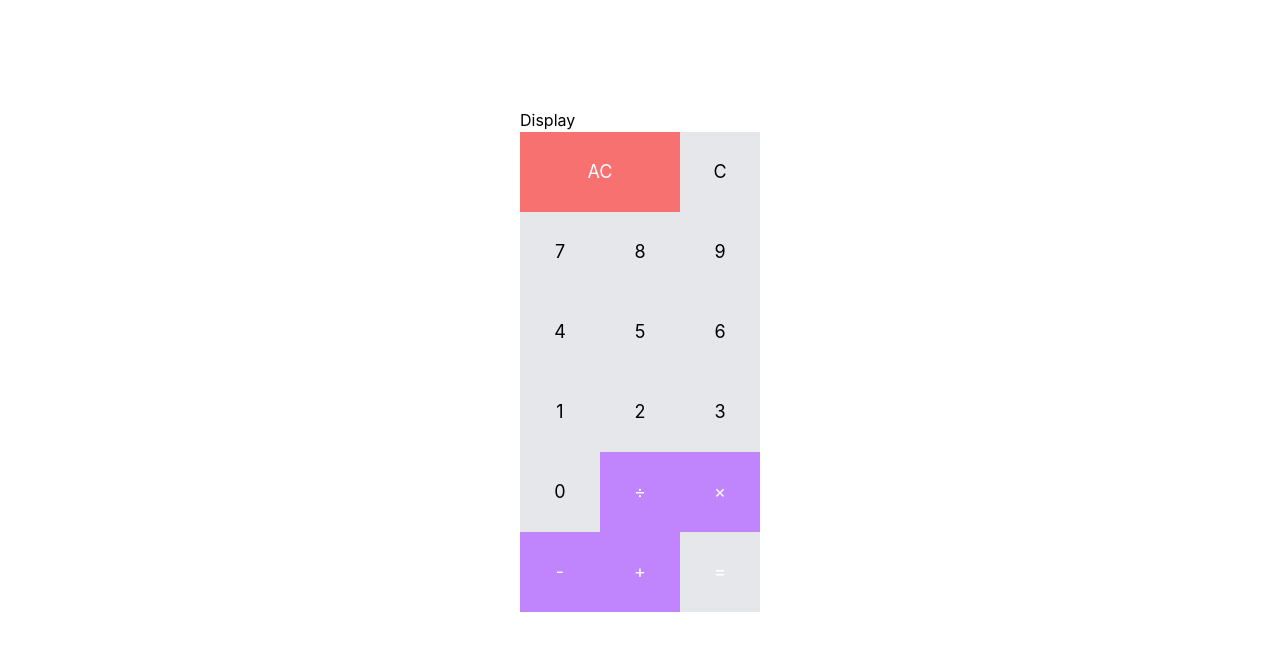
Repository: BrianPhamDev/calculator_app
Page: /
The author's editor kept a copy of each file at every save. The page is drawn from the files as they stood at one save, then again after the next save.
The browser window is 1280 px wide. The pictures show the whole page.
The project was rebuilt for these pictures with package versions that can differ from the ones it lists, and the page was loaded fresh each time. Also part of the build but not shown: vite.config.js.

Above is the page before, as saved 2024-01-09 14:30:23.

### src/App.jsx
import Calculator from "./components/Calculator";

function App() {
  return (
    <>
      <div className="flex items-center justify-center w-screen h-screen">
        <Calculator></Calculator>
      </div>
    </>
  );
}

export default App;

### src/components/Calculator.jsx
import { calculatorButtons } from "../globals/calculator-button-data";

const Calculator = () => {
  const specialTypes = {
    operator: "bg-purple-400 text-white",
    enter: "bg-blue-400 text-white",
  };
  const specialClasses = {
    ac: "col-span-2 w-40 bg-red-400 text-white",
  };
  return (
    <div className="">
      <h1>Display</h1>
      <div className="grid grid-cols-3">
        {calculatorButtons.map((button) => {
          return (
            <div
              key={button.className}
              className={`bg-gray-200 flex items-center justify-center w-20 h-20 hover:bg-slate-300 text-lg ${
                specialClasses[button.className] || ""
              }
              ${specialTypes[button.type] || ""}`}
            >
              {button.text}
            </div>
          );
        })}
      </div>
    </div>
  );
};

export default Calculator;

### src/globals/calculator-button-data.js
export const calculatorButtons = [
  {
    type: "clear",
    className: "ac",
    text: "AC",
    value: "All Clear",
  },
  {
    type: "clear",
    className: "c",
    text: "C",
    value: "Clear",
  },
  {
    type: "number",
    className: "seven",
    text: 7,
    value: 7,
  },
  {
    type: "number",
    className: "eight",
    text: 8,
    value: 8,
  },
  {
    type: "number",
    className: "nine",
    text: 9,
    value: 9,
  },

  {
    type: "number",
    className: "four",
    text: 4,
    value: 4,
  },
  {
    type: "number",
    className: "five",
    text: 5,
    value: 5,
  },
  {
    type: "number",
    className: "six",
    text: 6,
    value: 6,
  },

  {
    type: "number",
    className: "one",
    text: 1,
    value: 1,
  },
  {
    type: "number",
    className: "two",
    text: 2,
    value: 2,
  },
  {
    type: "number",
    className: "three",
    text: 3,
    value: 3,
  },
  {
    type: "number",
    className: "zero",
    text: 0,
    value: 0,
  },
  {
    type: "operator",
    className: "divide",
    text: "\u00f7",
    value: "Divide",
  },
  {
    type: "operator",
    className: "multiply",
    text: "\u00d7",
    value: "Multiply",
  },
  {
    type: "operator",
    className: "subtract",
    text: "-",
    value: "Subtract",
  },

  {
    type: "operator",
    className: "add",
    text: "+",
    value: "Add",
  },
  {
    type: "enter",
    className: "equal",
    text: "=",
    value: "Equal",
  },
];

Loaded but not shown: index.html (common file); src/main.jsx (common file); src/index.css (common file); tailwind.config.js (common file)

After the next save:
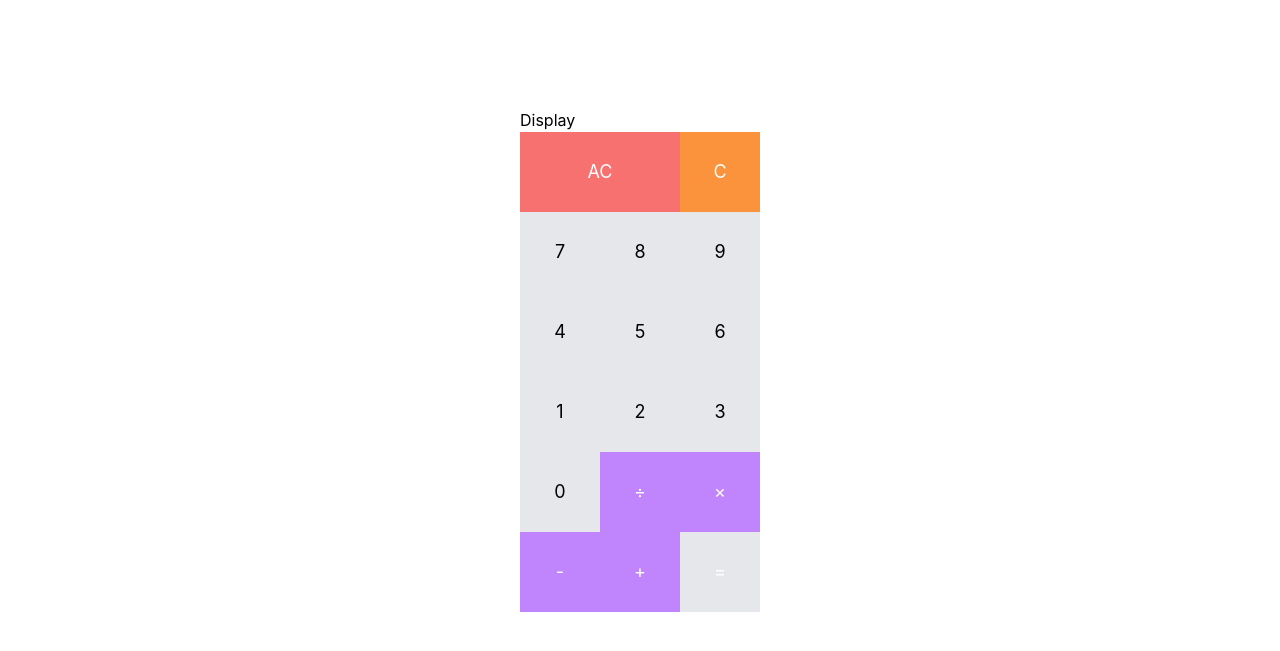
Saved 27 s later.
--- a/src/components/Calculator.jsx
+++ b/src/components/Calculator.jsx
@@ -7,6 +7,7 @@ const Calculator = () => {
   };
   const specialClasses = {
     ac: "col-span-2 w-40 bg-red-400 text-white",
+    c: "bg-orange-400 text-white",
   };
   return (
     <div className="">
